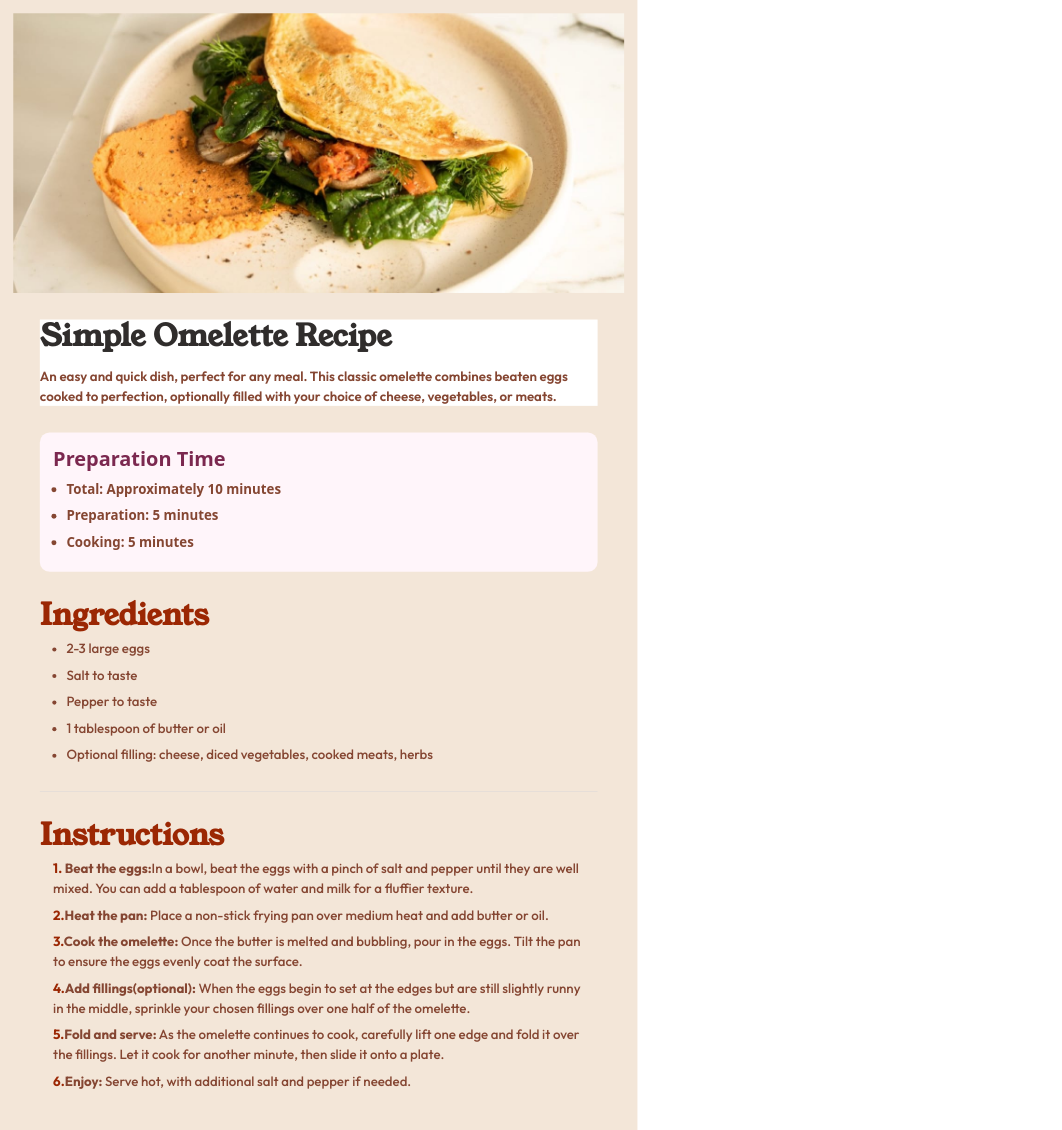
Repository: nivrii/recipe-page-main
Page: /
An editor plug-in stored every save of this project. The page is shown before and after the next save, followed by the edit.
The browser window is 1280 px wide. The pictures show the whole page, at 83% of full size.
The project was rebuilt for these pictures with package versions that can differ from the ones it lists, and the page was loaded fresh each time. Also part of the build but not shown: vite.config.js, src/index.css.

Above is the page before, as saved 2024-03-23 16:13:18.

After the next save:
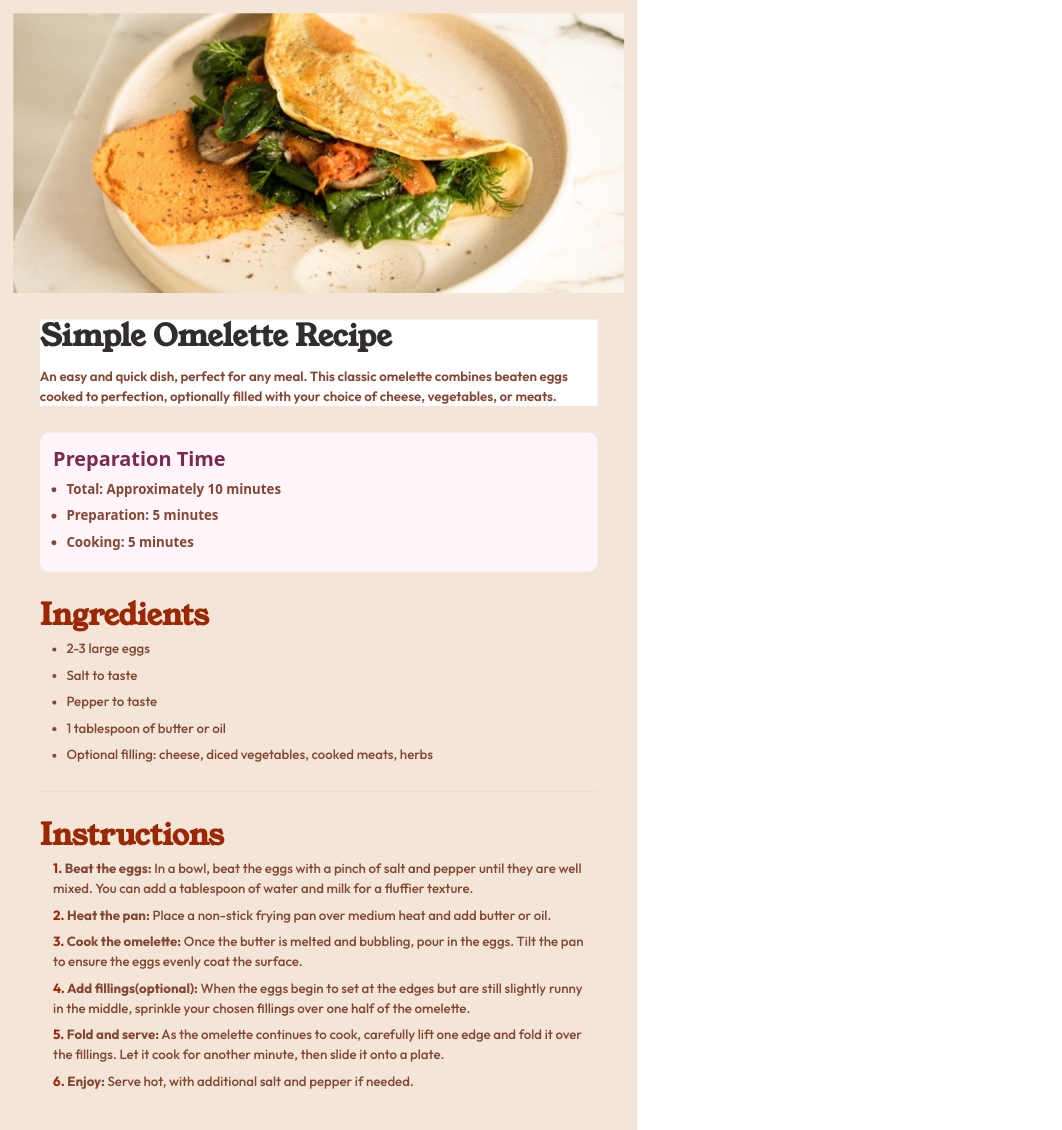
Saved 56 s later.
--- a/src/App.jsx
+++ b/src/App.jsx
@@ -56,36 +56,36 @@ function App() {
           <ul className="font-outfit mt-2 mb-8 mx-4 text-nutmeg font-medium space-y-2 ">
             <li>
               <span className="text-nutmegLight font-bold">1.</span>
-              <span className="font-bold"> Beat the eggs:</span>In a bowl, beat the eggs with a pinch
+              <span className="font-bold"> Beat the eggs:</span> In a bowl, beat the eggs with a pinch
               of salt and pepper until they are well mixed. You can add a
               tablespoon of water and milk for a fluffier texture.
             </li>
             <li>
               <span className="text-nutmegLight font-bold">2.</span>
-              <span className="font-bold">Heat the pan:</span> Place a non-stick frying pan over
+              <span className="font-bold"> Heat the pan:</span> Place a non-stick frying pan over
               medium heat and add butter or oil.
             </li>
             <li>
               <span className="text-nutmegLight font-bold">3.</span>
-              <span className="font-bold">Cook the omelette:</span> Once the butter is melted and
+              <span className="font-bold"> Cook the omelette:</span> Once the butter is melted and
               bubbling, pour in the eggs. Tilt the pan to ensure the eggs evenly
               coat the surface.
             </li>
             <li>
               <span className="text-nutmegLight font-bold">4.</span>
-              <span className="font-bold">Add fillings(optional):</span> When the eggs begin to set at
+              <span className="font-bold"> Add fillings(optional):</span> When the eggs begin to set at
               the edges but are still slightly runny in the middle, sprinkle
               your chosen fillings over one half of the omelette.
             </li>
             <li>
               <span className="text-nutmegLight font-bold">5.</span>
-              <span className="font-bold">Fold and serve:</span> As the omelette continues to cook,
+              <span className="font-bold"> Fold and serve:</span> As the omelette continues to cook,
               carefully lift one edge and fold it over the fillings. Let it cook
               for another minute, then slide it onto a plate.
             </li>
             <li>
               <span className="text-nutmegLight font-bold">6.</span>
-              <span className="font-bold">Enjoy:</span> Serve hot, with additional salt and pepper if
+              <span className="font-bold"> Enjoy:</span> Serve hot, with additional salt and pepper if
               needed.
             </li>
           </ul>
